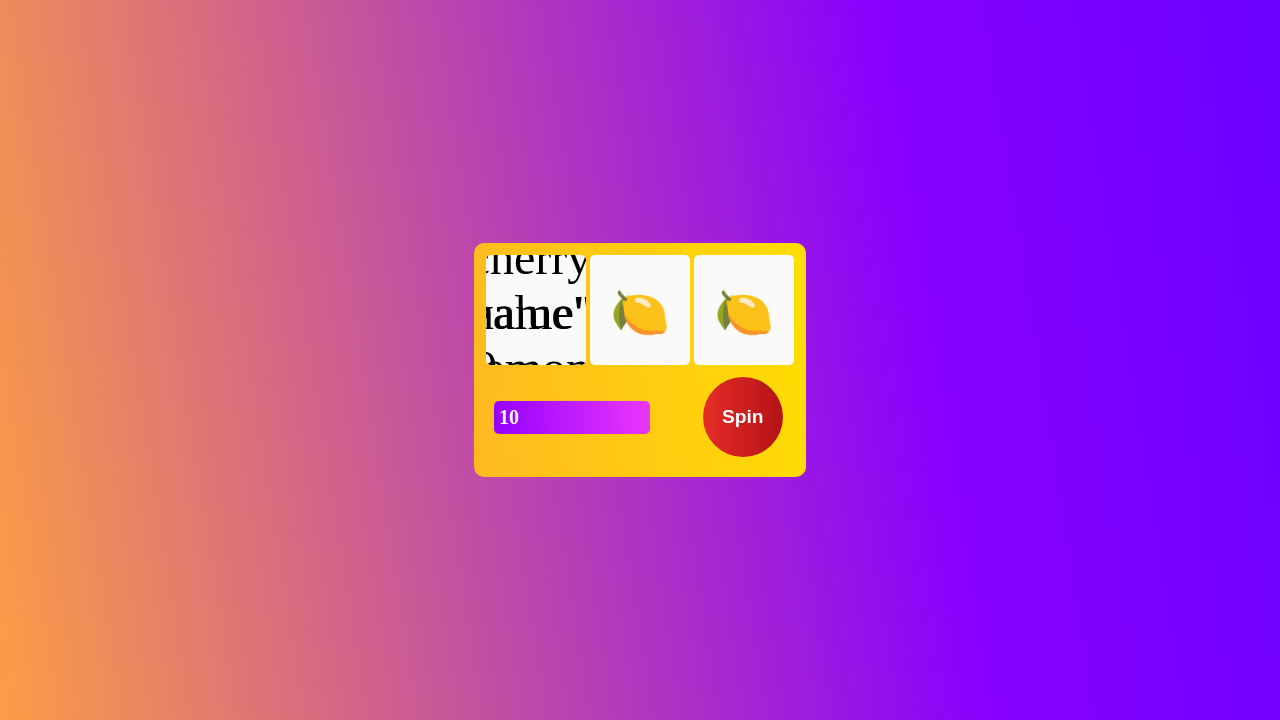
Repository: HERBOD7/slotmachine
Page: /
These files come from the project's save history. The page is drawn as it stood at one moment and after a run of saves; the edit follows.
The browser window is 1280 px wide. The pictures show the whole page.
The project was rebuilt for these pictures with package versions that can differ from the ones it lists, and the page was loaded fresh each time. Also part of the build but not shown: vue.config.js.

Above is the page before, as saved 2023-07-23 12:49:59.

### src/App.vue
<template>
  <div id="app">
    <div class="machine">
      <div class="slots">
        <div class="slot" v-for="(symbol, name, i) in symbols" :key="i">
          <SlotBox
            :symbols="symbol"
            :slotName="name"
            :slotIsShuffling="isShuffling"
          />
        </div>
      </div>

      <div class="buttons">
        <div class="credit">{{ credit }}</div>
        <button @click="spin" class="spinner" :disabled="!this.credit">
          Spin
        </button>
      </div>
    </div>
  </div>
</template>

<script>
import SlotBox from "./components/SlotBox.vue";

export default {
  name: "App",
  components: {
    SlotBox,
  },
  data() {
    return {
      symbols: {
        firstSlot: [
          {
            name: "cherry",
            value: 10,
            emoji: "🍒",
          },
          {
            name: "lemon",
            value: 20,
            emoji: "🍋",
          },
          {
            name: "orange",
            value: 30,
            emoji: "🍊",
          },
          {
            name: "watermelon",
            value: 40,
            emoji: "🍉",
          },
        ],
        secondSlot: ["🍋", "🍉", "🍒", "🍊"],
        thirdSlot: ["🍋", "🍉", "🍒", "🍊"],
      },
      isShuffling: false,
      credit: 10,
      audio: {
        spin: new Audio(
          "https://freesound.org/data/previews/120/120373_824230-lq.mp3"
        ),
        spinEnd: new Audio(
          "https://freesound.org/data/previews/145/145441_2615119-lq.mp3"
        ),
      },
    };
  },
  methods: {
    spin() {
      if (this.credit) {
        this.credit--;
        this.audio.spin.play();
        this.isShuffling = true;
        for (let name in this.symbols) {
          const arr = [];
          arr.push(...this.symbols[name]);
          this.symbols[name] = this.shuffle(arr);
        }
        setTimeout(() => {
          this.audio.spin.pause();
          this.isShuffling = false;
          this.audio.spinEnd.play();
        }, 500);
        setTimeout(() => {
          this.audio.spinEnd.pause();
        }, 450);
      }
    },
    shuffle(array) {
      for (let i = array.length - 1; i > 0; i--) {
        const j = Math.floor(Math.random() * (i + 1));
        [array[i], array[j]] = [array[j], array[i]];
      }
      return array;
    },
  },
};
</script>

<style>
body {
  width: 100vw;
  height: 100vh;
  margin: 0;
  padding: 0;
}

#app {
  width: 100%;
  height: 100%;
  display: flex;
  flex-direction: column;
  justify-content: center;
  align-items: center;
  background: rgb(106, 0, 255);
  background: linear-gradient(
    261deg,
    rgba(106, 0, 255, 1) 0%,
    rgba(136, 0, 255, 1) 29%,
    rgba(252, 158, 69, 1) 100%
  );
}

.machine {
  background: rgb(255, 222, 1);
  background: linear-gradient(
    261deg,
    rgba(255, 222, 1, 1) 0%,
    rgba(255, 185, 33, 1) 100%
  );
  padding: 10px;
  border-radius: 10px;
}

.slots {
  display: flex;
  /* background: rgb(255, 222, 1);
  background: linear-gradient(
    261deg,
    rgba(255, 222, 1, 1) 0%,
    rgba(255, 185, 33, 1) 100%
  );
  padding: 10px;
  border-radius: 10px; */
}

.slot {
  background: #fafafa;
  width: 100px;
  height: 110px;
  overflow: hidden;
  border-radius: 5px;
  margin: 2px;
}

.buttons {
  display: flex;
  align-items: center;
  justify-content: space-between;
  padding: 10px;
}

button {
  cursor: pointer;
  font-size: 1.2rem;
  margin: 0 0.2rem;
  border: none;
  border-radius: 5px;
  padding: 10px 15px;
}

.credit {
  background: rgb(149, 0, 255);
  background: linear-gradient(
    85deg,
    rgba(149, 0, 255, 1) 0%,
    rgba(235, 55, 250, 1) 100%
  );
  padding: 5px;
  border-radius: 5px;
  color: white;
  width: 50%;
  font-size: 20px;
  font-weight: bold;
}

.spinner {
  height: 80px;
  width: 80px;
  border-radius: 100%;
  background-image: linear-gradient(
    to right,
    #e52d27 0%,
    #b31217 51%,
    #e52d27 100%
  );
  color: white;
  font-weight: bold;
  transition: 0.5s;
  background-size: 200% auto;
}

.spinner:hover {
  background-position: right center;
}
</style>

### src/components/SlotBox.vue
<template>
  <div class="boxes">
    <div
      :class="[
        'box',
        slotIsShuffling ? 'before-animate blur' : slotName + '-animation',
      ]"
      v-for="(item, index) in symbols"
      :key="index"
    >
      {{ item }}
    </div>
  </div>
</template>

<script>
export default {
  name: "SlotBox",
  props: {
    symbols: Array,
    slotIsShuffling: Boolean,
    slotName: String,
  },
};
</script>

<!-- Add "scoped" attribute to limit CSS to this component only -->
<style scoped>
.boxes {
  transform: translateY(0);
  transition: transform 1s ease-in-out;
}

.box {
  display: flex;
  justify-content: center;
  align-items: center;
  font-size: 3rem;
  height: 110px;
  width: 100px;
}

.firstSlot-animation {
  transform: translateY(3px);
  transition: transform 0.5s ease-in-out;
}

.secondSlot-animation {
  transform: translateY(3px);
  transition: transform 0.8s ease-in-out;
}

.thirdSlot-animation {
  transform: translateY(3px);
  transition: transform 1s ease-in-out;
}

.before-animate {
  transform: translateY(-20px);
}

.blur {
  filter: blur(1px);
}
</style>

Loaded but not shown: public/index.html (common file); src/main.js (common file)

After the next 3 saves:
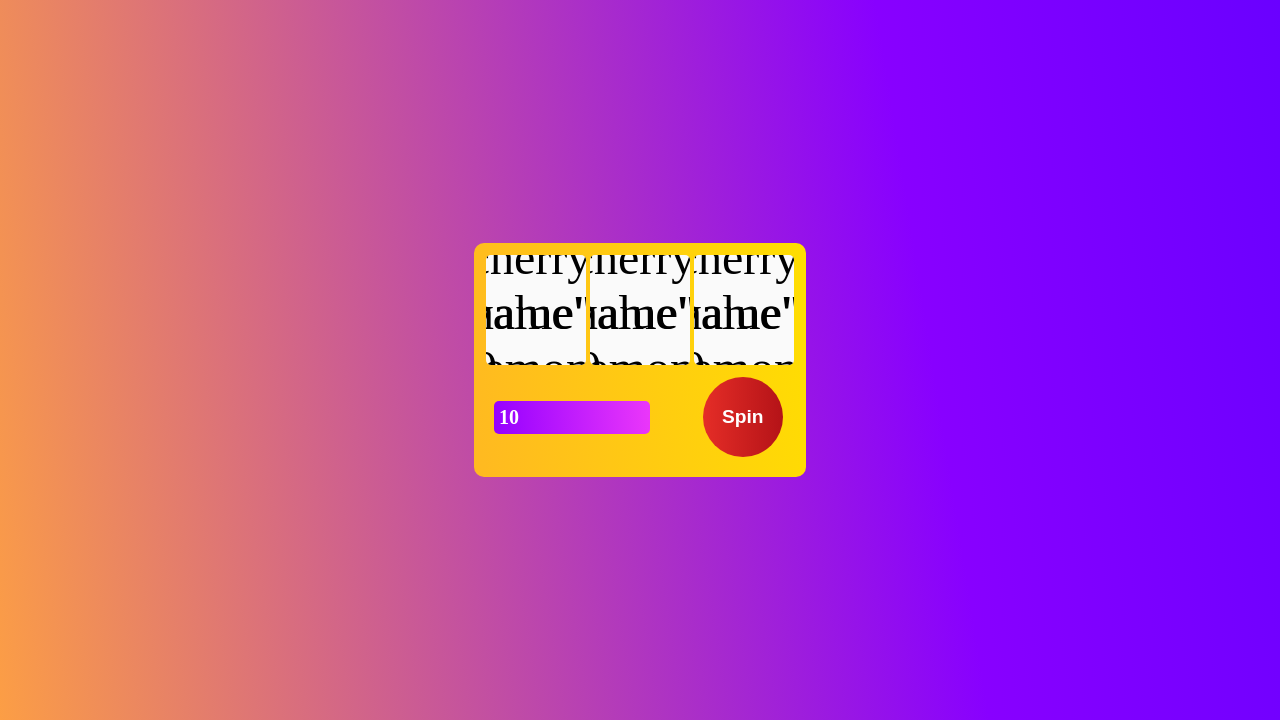
The 3 saves are shown as one change because they came seconds apart.
The last was saved 8 s later.
--- a/src/App.vue
+++ b/src/App.vue
@@ -54,8 +54,50 @@ export default {
             emoji: "🍉",
           },
         ],
-        secondSlot: ["🍋", "🍉", "🍒", "🍊"],
-        thirdSlot: ["🍋", "🍉", "🍒", "🍊"],
+        secondSlot: [
+          {
+            name: "cherry",
+            value: 10,
+            emoji: "🍒",
+          },
+          {
+            name: "lemon",
+            value: 20,
+            emoji: "🍋",
+          },
+          {
+            name: "orange",
+            value: 30,
+            emoji: "🍊",
+          },
+          {
+            name: "watermelon",
+            value: 40,
+            emoji: "🍉",
+          },
+        ],
+        thirdSlot: [
+          {
+            name: "cherry",
+            value: 10,
+            emoji: "🍒",
+          },
+          {
+            name: "lemon",
+            value: 20,
+            emoji: "🍋",
+          },
+          {
+            name: "orange",
+            value: 30,
+            emoji: "🍊",
+          },
+          {
+            name: "watermelon",
+            value: 40,
+            emoji: "🍉",
+          },
+        ],
       },
       isShuffling: false,
       credit: 10,
